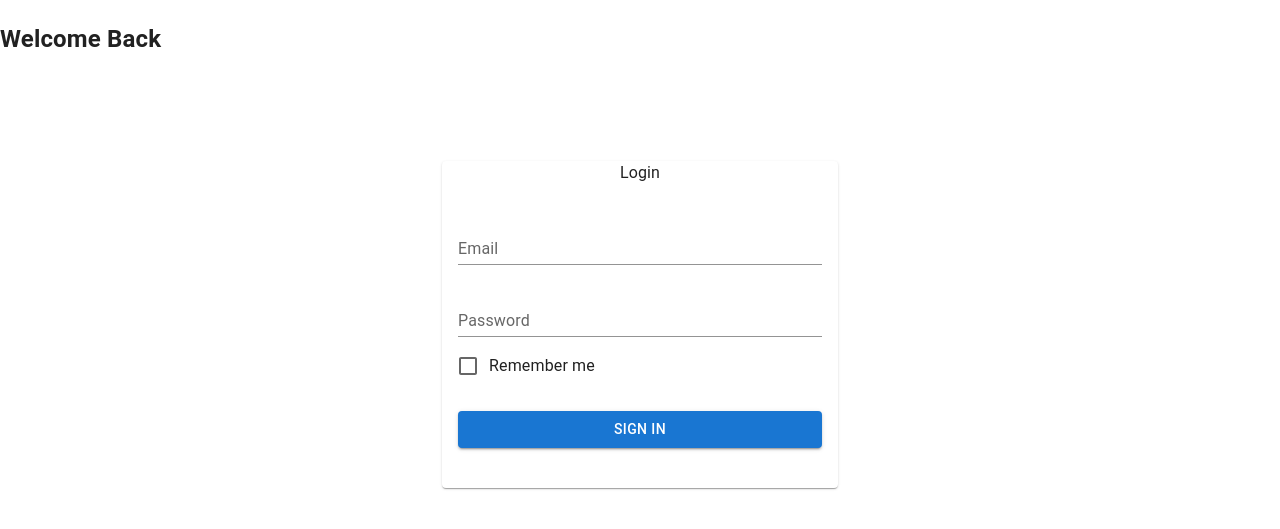
Repository: NGHIAVN1/Note
Page: /
These files come from the project's save history. The page is drawn as it stood at one moment and after the next save; the edit follows.
The browser window is 1280 px wide. The pictures show the whole page.
The project was rebuilt for these pictures with package versions that can differ from the ones it lists, and the page was loaded fresh each time. Also part of the build but not shown: vite.config.js, src/Register.jsx, src/Pet.jsx, src/useBreedList.jsx, src/SearchParams.jsx.

Above is the page before, as saved 2024-03-05 18:43:32.

After the next save:
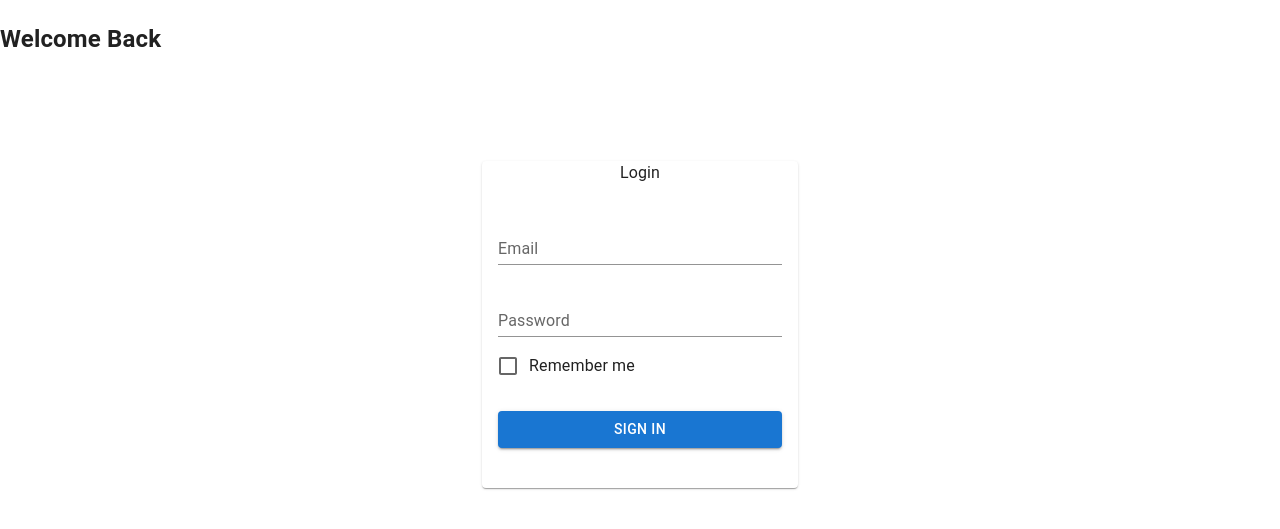
Saved 63 s later.
--- a/src/LoginPages.jsx
+++ b/src/LoginPages.jsx
@@ -29,7 +29,7 @@ const LoginPage = () => {
         >
           <Card
             sx={{
-              marginTop: 5,
+              margin: 5,
               display: "flex",
               flexDirection: "column",
               alignItems: "center",
